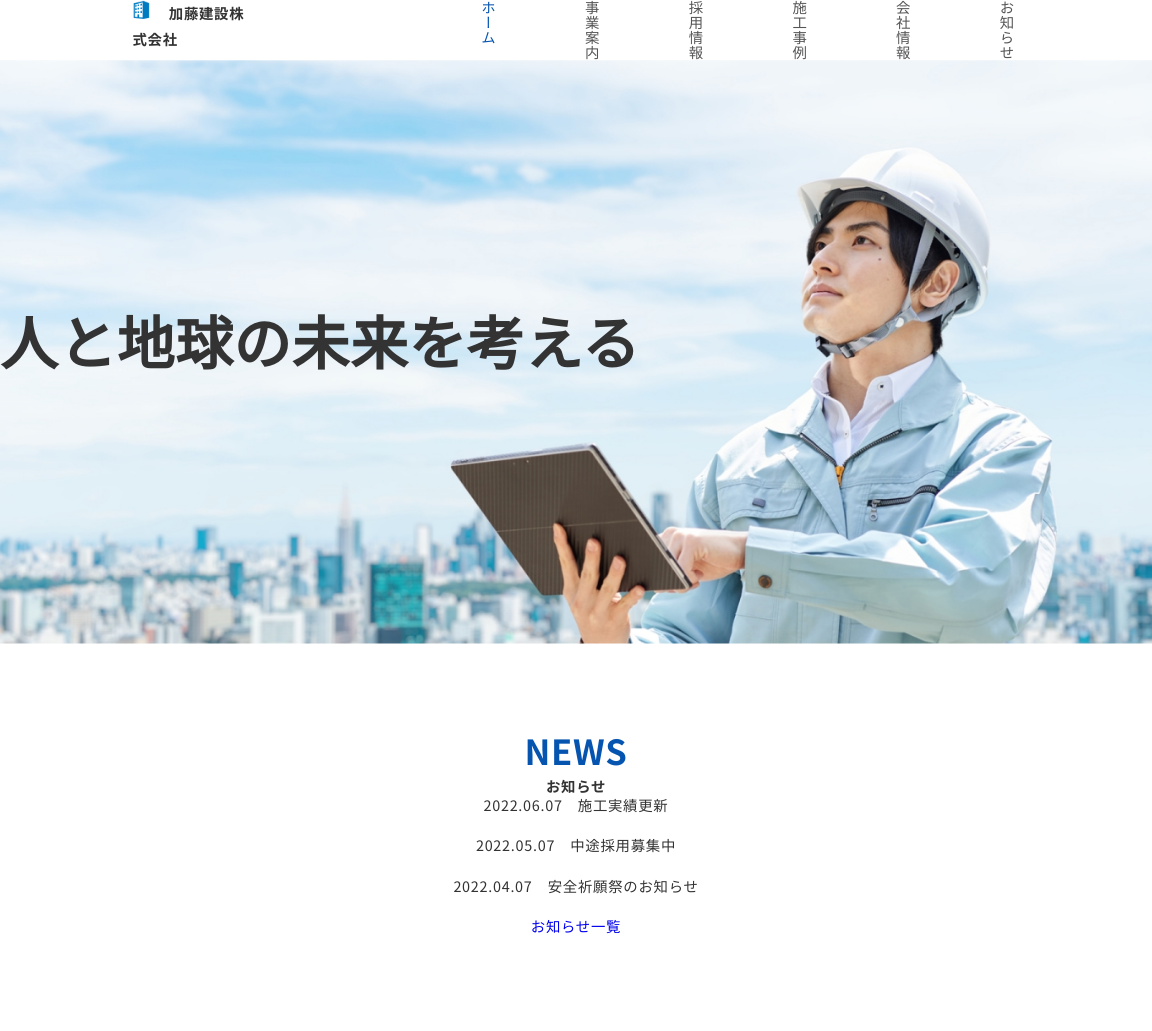
Repository: nozomi-23/hp1_test
Page: index.html
An editor plug-in stored every save of this project. The page is shown before and after a run of saves, followed by the edit.
The browser window is 1280 px wide. The pictures show the whole page, at 90% of full size.

Above is the page before, as saved 2022-06-12 11:09:56.

### index.html
<!DOCTYPE html>
<html lang="ja">
<head>
<meta charset="UTF-8">
<title>加藤建設 株式会社</title>
<meta name="description" content="人と地球の未来を考える 加藤建設 株式会社">
<meta name="keywords" content="建築,土木,インフラ">
<meta name="viewport" content="width=device-width, initial-scale=1.0">
<meta property="og:title" content="建築依頼なら「加藤建設 株式会社」">
<meta property="og:type" content="article">
<meta property="og:url" content="https://withcode-plus.tech">
<meta property="og:image" content="img/logo.png">
<meta property="og:description" content="確かな技術力が自慢、インフラから地域貢献まで加藤建設にお任せ下さい">
<meta property="og:site_name" content="加藤建設 株式会社">
<link rel="icon" href="img/favicon.ico">
<link rel="apple-touch-icon" sizes="180x180" href="img/logo.png">
<link rel="preconnect" href="https://fonts.googleapis.com">
<link rel="preconnect" href="https://fonts.gstatic.com" crossorigin>
<link href="https://fonts.googleapis.com/css2?family=Noto+Sans+JP:wght@400;500;700&family=Noto+Serif+JP&display=swap"
  rel="stylesheet">
<link rel="stylesheet" type="text/css" href="css/reset.css">
<link rel="stylesheet" type="text/css" href="css/common1.css">
<link rel="stylesheet" type="text/css" href="css/index.css">
</head>
<body>
  <!-- =========header -->
  <header>
    <div class="header_wrapper">
      <div class="header_inner">
        <h1 class="header_left">加藤建設株式会社</h1>
        <nav class="header_right" >
          <ul class="header_list">
            <li><a href="#" class="color">ホーム</a></li>
            <li><a href="html/business.html">事業案内</a></li>
            <li><a href="html/recruit.html">採用情報</a></li>
            <li><a href="html/work.html">施工事例</a></li>
            <li><a href="html/company.html">会社情報</a></li>
            <li><a href="html/news.html">お知らせ</a></li>
          </ul>
        </nav>
      </div>
    </div>
  </header>
  <!-- =========main_view -->
  <main>
    <section class="main_wrapper">
      <div class="main_txt">
        <h3>人と地球の未来を考える</h3>
      </div>
    </section>
    <!-- =========news -->
    <section class="news section">
      <div class="news_wrapper">
        <h2 class="title">NEWS<br>
          <small>お知らせ</small></h2>
        <ul class="news_list">
          <li>2022.06.07&emsp;施工実績更新</li>
          <li>2022.05.07&emsp;中途採用募集中</li>
          <li>2022.04.07&emsp;安全祈願祭のお知らせ</li>
        </ul>
        <div class="btn">
          <a href="html/news.html">お知らせ一覧</a>
        </div>
      </div>
    </section>
  </main>
</body>
</html>

### css/reset.css
@charset "UTF-8";

html,
body,
div,
span,
object,
iframe,
h1,
h2,
h3,
h4,
h5,
h6,
p,
blockquote,
pre,
abbr,
address,
cite,
code,
del,
dfn,
em,
img,
ins,
kbd,
q,
samp,
small,
strong,
sub,
sup,
var,
b,
i,
dl,
dt,
dd,
ol,
ul,
li,
fieldset,
form,
label,
legend,
table,
caption,
tbody,
tfoot,
thead,
tr,
th,
td,
article,
aside,
canvas,
details,
figcaption,
figure,
footer,
header,
hgroup,
menu,
nav,
section,
summary,
time,
mark,
audio,
video {
  margin: 0;
  padding: 0;
  border: 0;
  outline: 0;
  font-size: 100%;
  vertical-align: baseline;
  background: transparent;
}

body {
  line-height: 1;
}

article,
aside,
details,
figcaption,
figure,
footer,
header,
hgroup,
menu,
nav,
section {
  display: block;
}

nav ul {
  list-style: none;
}

blockquote,
q {
  quotes: none;
}

blockquote:before,
blockquote:after,
q:before,
q:after {
  content: '';
  content: none;
}

a {
  margin: 0;
  padding: 0;
  font-size: 100%;
  vertical-align: baseline;
  background: transparent;
}

/* change colours to suit your needs */
ins {
  background-color: #ff9;
  color: #000;
  text-decoration: none;
}

/* change colours to suit your needs */
mark {
  background-color: #ff9;
  color: #000;
  font-style: italic;
  font-weight: bold;
}

del {
  text-decoration: line-through;
}

abbr[title],
dfn[title] {
  border-bottom: 1px dotted;
  cursor: help;
}

table {
  border-collapse: collapse;
  border-spacing: 0;
}

/* change border colour to suit your needs */
hr {
  display: block;
  height: 1px;
  border: 0;
  border-top: 1px solid #cccccc;
  margin: 1em 0;
  padding: 0;
}

input,
select {
  vertical-align: middle;
}

### css/common1.css
@charset "UTF-8";

body {
  color: #333;
  letter-spacing: 0.05em;
  line-height: 1.8;
  font-family: 'Noto Sans JP', sans-serif ,'Noto Serif JP',
  serif;
}
li {
  list-style: none;
}

a {
  text-decoration: none;
}
.section {
  margin: 8% 0;
}


/* タイトル */
.title {
  color: #0554B0;
  font-weight: bold;
  font-size: 2.4rem;
  line-height: 0.8;
}
.news_wrapper small {
  font-size: 1rem;
  color: #333;
}

### css/index.css
@charset "UTF-8";

/* =================
header
===================*/
.header_wrapper {
  display: flex;
  justify-content: center;
}
.header_inner {
  width: 77%;
  display: flex;
  justify-content: space-between;

}
.header_list {
  display: table;
}
.header_list li {
  display: table-cell;
  writing-mode: vertical-rl;
}
.header_list li a {
  color: #555;
}
.header_list li a:hover {
  opacity: 0.5;
}
.header_list li a.color {
  color: #0554B0;
}

.header_left::before {
  content: "";
  background: url(../img/name_icon.png) no-repeat ;
  background-size: contain;
  width: 30%;
  height: 30%;
  z-index: 1;
  display: inline-block;
}

/* =================
main_view
===================*/
.main_wrapper {
  background: url(../img/top_img.png)no-repeat center;
  background-size: cover;
  width: 100%;
  height: 90vh;
}
.main_txt {
  font-size: 4rem;
  font-weight: normal;
  font-family: 'Noto Serif JP';
  position: relative;
  top: 40%;
}
/* =================
news
===================*/
.news {
  text-align: center;
  display: block;
}

.news_listnews_wrapper ul{
  padding: 3%;

}
.news_wrapper ul li {
  margin-bottom: 1rem;
}

After the next 2 saves:
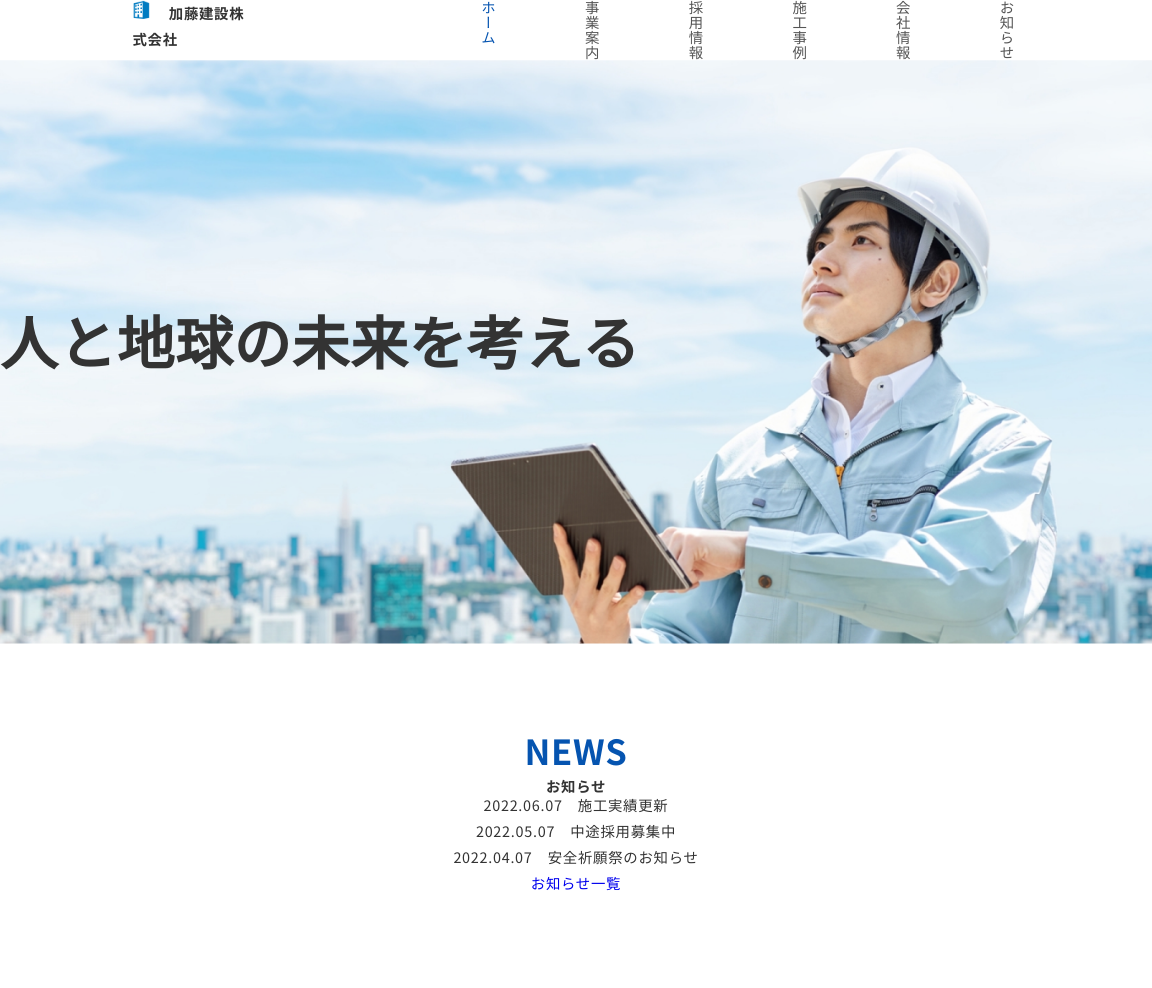
The 2 saves are shown as one change because they came seconds apart.
The last was saved 7 s later.
--- a/css/index.css
+++ b/css/index.css
@@ -64,10 +64,10 @@ news
   display: block;
 }
 
-.news_listnews_wrapper ul{
+.news_list ul{
   padding: 3%;
 
 }
-.news_wrapper ul li {
+.news_list ul li {
   margin-bottom: 1rem;
 }
